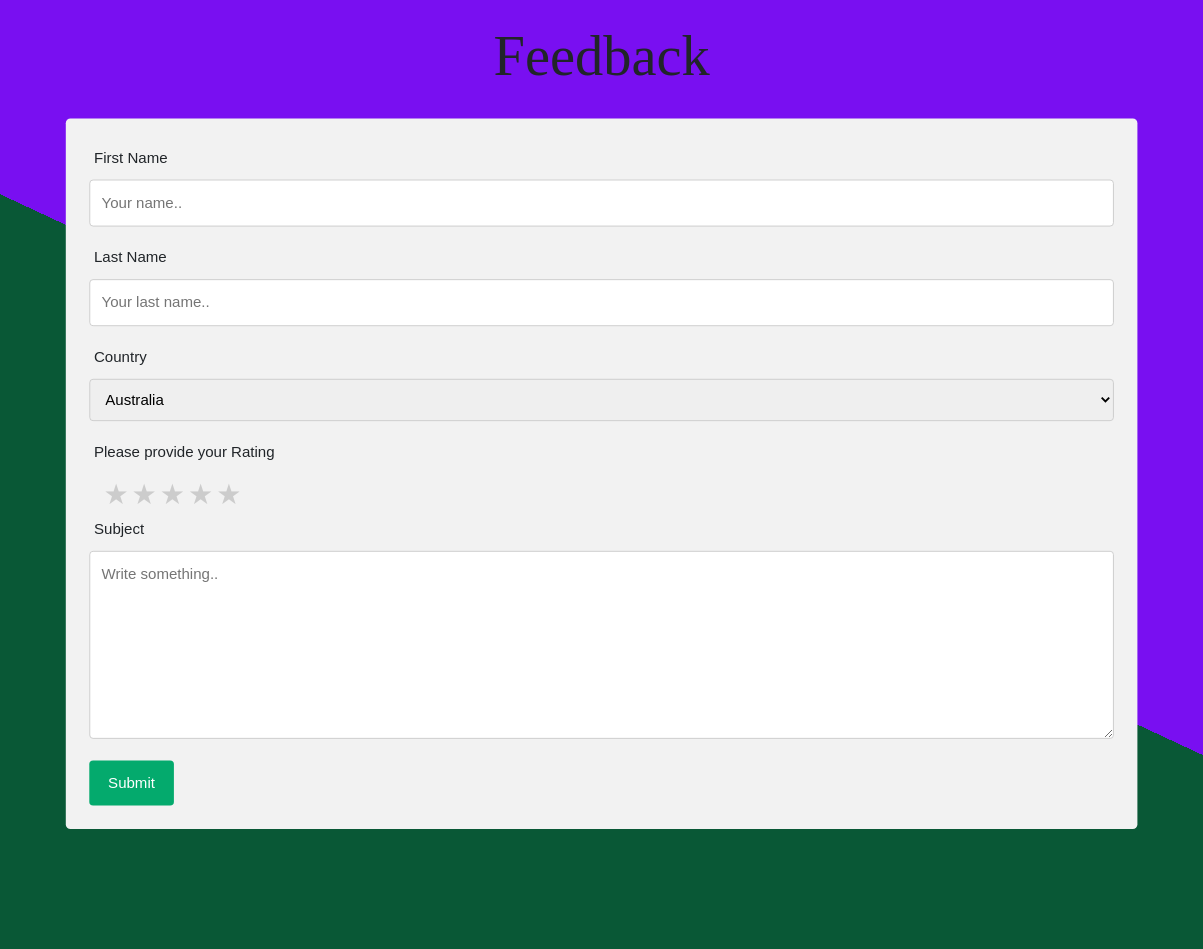
Repository: poornasyamasundar/Software-Project-Manager
Page: SoftwareManager/Templates/feedback.html
The author's editor kept a copy of each file at every save. The page is drawn from the files as they stood at one save, then again after the next save.
The browser window is 1280 px wide. The pictures show the whole page, at 94% of full size.

Above is the page before, as saved 2021-10-23 21:27:22.

After the next save:
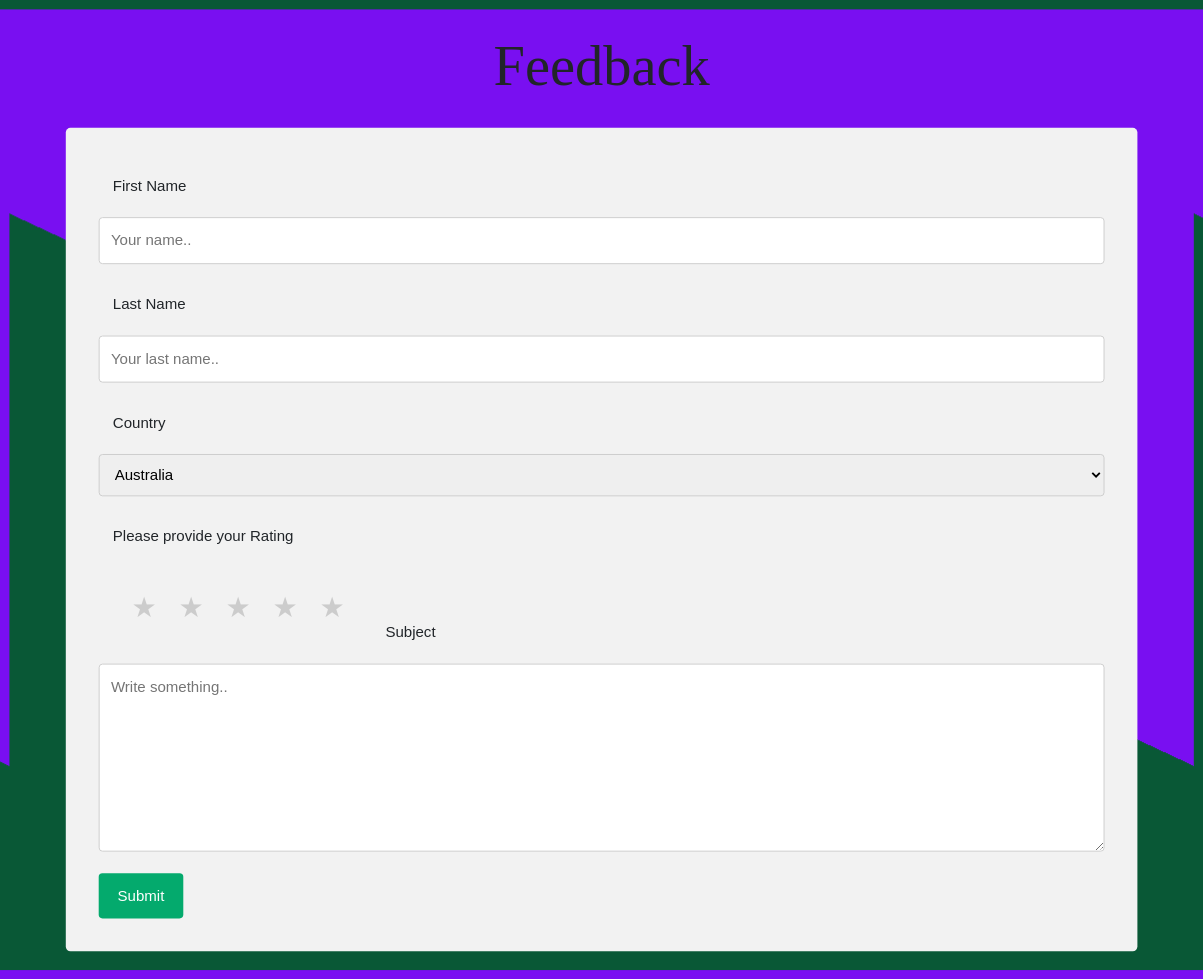
Saved 13 s later.
--- a/SoftwareManager/Templates/feedback.html
+++ b/SoftwareManager/Templates/feedback.html
@@ -44,7 +44,7 @@
 
 
             *{
-                margin: 0;
+                margin: 10px;
                 padding: 5px;
             }
             .rate {

After the save that followed:
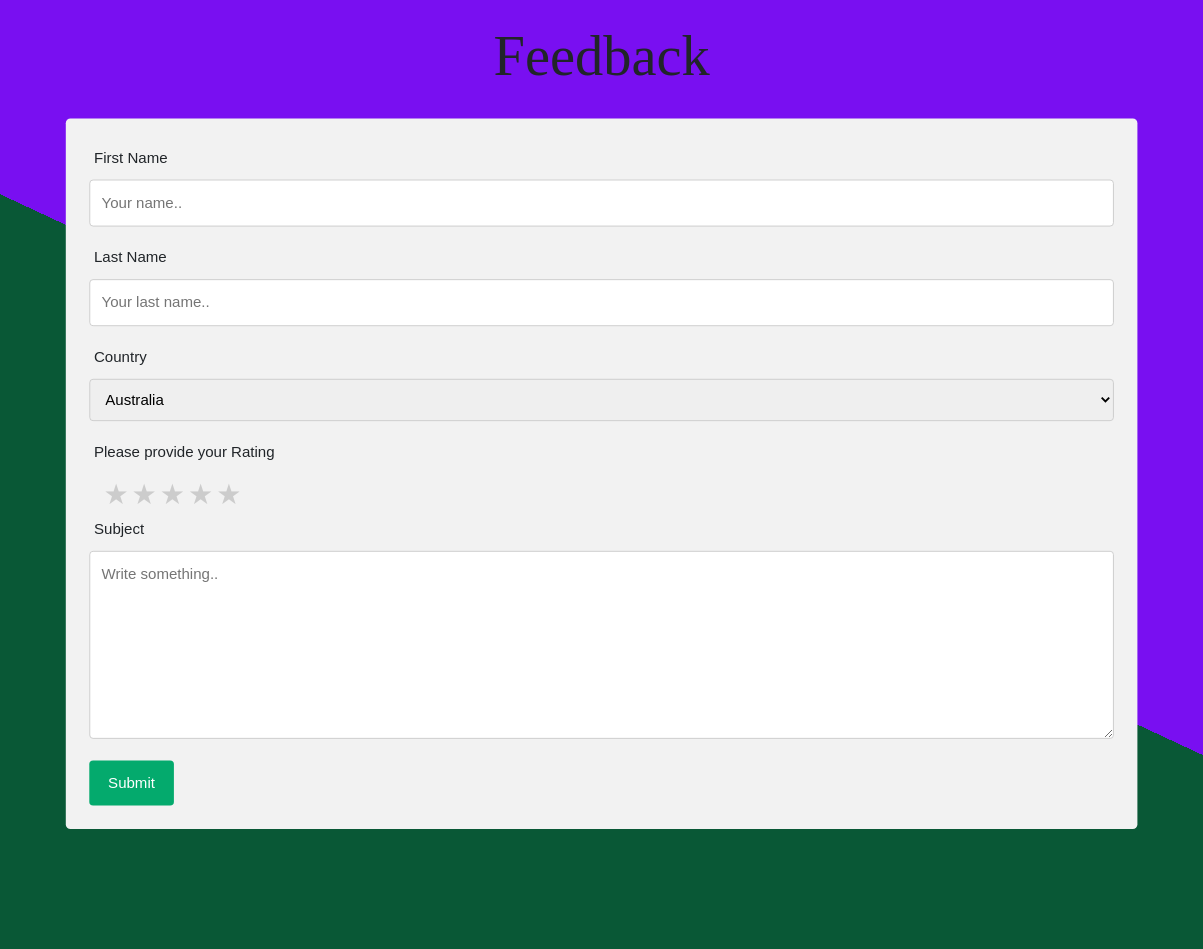
Saved 10 s later.
--- a/SoftwareManager/Templates/feedback.html
+++ b/SoftwareManager/Templates/feedback.html
@@ -44,7 +44,7 @@
 
 
             *{
-                margin: 10px;
+                margin: 0;
                 padding: 5px;
             }
             .rate {
